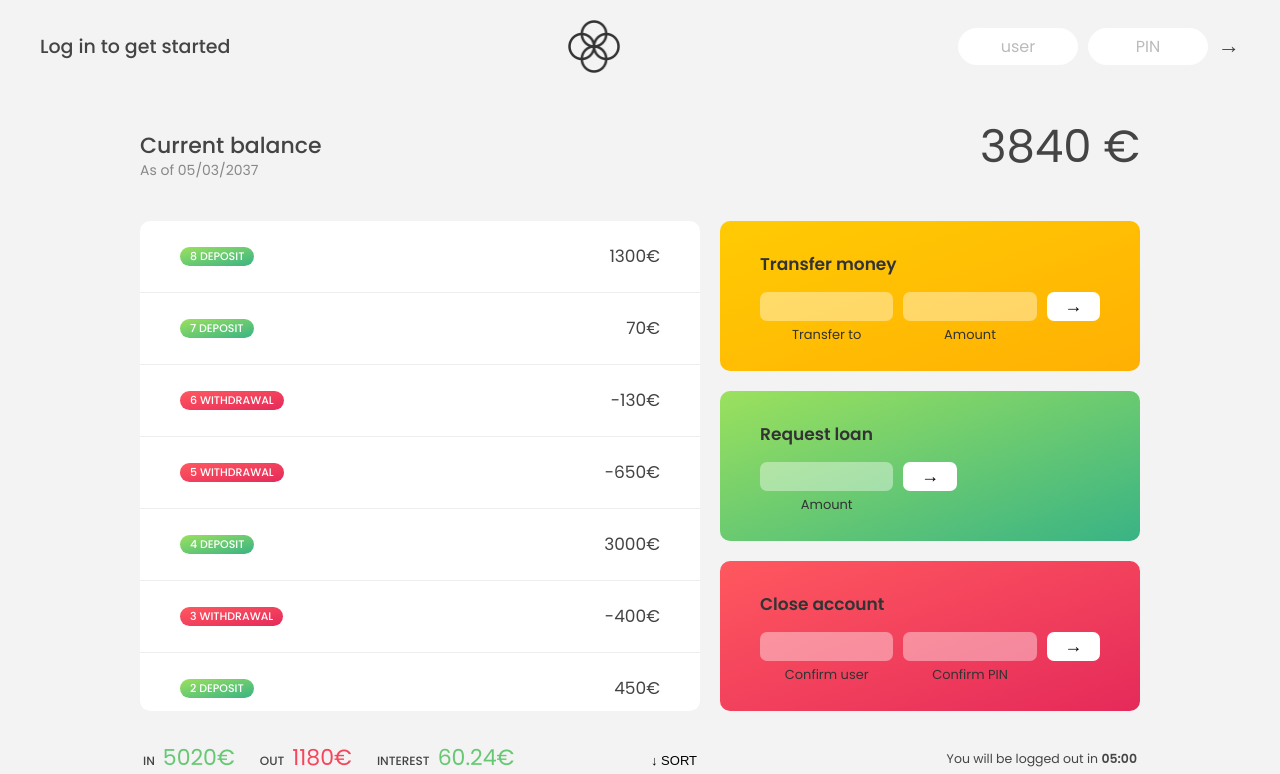
Repository: baodien1405/bankist-project
Page: index.html
An editor plug-in stored every save of this project. The page is shown before and after the next save, followed by the edit.
The browser window is 1280 px wide. The pictures show the whole page.
An inner scrolling area shows only its first screen.

Above is the page before, as saved 2022-01-07 14:25:25.

### index.html
<!DOCTYPE html>
<html lang="en">
  <head>
    <meta charset="UTF-8" />
    <meta name="viewport" content="width=device-width, initial-scale=1.0" />
    <meta http-equiv="X-UA-Compatible" content="ie=edge" />
    <link rel="shortcut icon" type="image/png" href="/icon.png" />

    <link
      href="https://fonts.googleapis.com/css?family=Poppins:400,500,600&display=swap"
      rel="stylesheet"
    />

    <link rel="stylesheet" href="style.css" />
    <title>Bankist</title>
  </head>
  <body>
    <!-- TOP NAVIGATION -->
    <nav>
      <p class="welcome">Log in to get started</p>
      <img src="logo.png" alt="Logo" class="logo" />
      <form class="login">
        <input
          type="text"
          placeholder="user"
          class="login__input login__input--user"
        />
        <!-- In practice, use type="password" -->
        <input
          type="text"
          placeholder="PIN"
          maxlength="4"
          class="login__input login__input--pin"
        />
        <button class="login__btn">&rarr;</button>
      </form>
    </nav>

    <main class="app">
      <!-- BALANCE -->
      <div class="balance">
        <div>
          <p class="balance__label">Current balance</p>
          <p class="balance__date">
            As of <span class="date">05/03/2037</span>
          </p>
        </div>
        <p class="balance__value">0000€</p>
      </div>

      <!-- MOVEMENTS -->
      <div class="movements">
        <div class="movements__row">
          <div class="movements__type movements__type--deposit">2 deposit</div>
          <div class="movements__date">3 days ago</div>
          <div class="movements__value">4 000€</div>
        </div>
        <div class="movements__row">
          <div class="movements__type movements__type--withdrawal">
            1 withdrawal
          </div>
          <div class="movements__date">24/01/2037</div>
          <div class="movements__value">-378€</div>
        </div>
      </div>

      <!-- SUMMARY -->
      <div class="summary">
        <p class="summary__label">In</p>
        <p class="summary__value summary__value--in">0000€</p>
        <p class="summary__label">Out</p>
        <p class="summary__value summary__value--out">0000€</p>
        <p class="summary__label">Interest</p>
        <p class="summary__value summary__value--interest">0000€</p>
        <button class="btn--sort">&downarrow; SORT</button>
      </div>

      <!-- OPERATION: TRANSFERS -->
      <div class="operation operation--transfer">
        <h2>Transfer money</h2>
        <form class="form form--transfer">
          <input type="text" class="form__input form__input--to" />
          <input type="number" class="form__input form__input--amount" />
          <button class="form__btn form__btn--transfer">&rarr;</button>
          <label class="form__label">Transfer to</label>
          <label class="form__label">Amount</label>
        </form>
      </div>

      <!-- OPERATION: LOAN -->
      <div class="operation operation--loan">
        <h2>Request loan</h2>
        <form class="form form--loan">
          <input type="number" class="form__input form__input--loan-amount" />
          <button class="form__btn form__btn--loan">&rarr;</button>
          <label class="form__label form__label--loan">Amount</label>
        </form>
      </div>

      <!-- OPERATION: CLOSE -->
      <div class="operation operation--close">
        <h2>Close account</h2>
        <form class="form form--close">
          <input type="text" class="form__input form__input--user" />
          <input
            type="password"
            maxlength="6"
            class="form__input form__input--pin"
          />
          <button class="form__btn form__btn--close">&rarr;</button>
          <label class="form__label">Confirm user</label>
          <label class="form__label">Confirm PIN</label>
        </form>
      </div>

      <!-- LOGOUT TIMER -->
      <p class="logout-timer">
        You will be logged out in <span class="timer">05:00</span>
      </p>
    </main>

    <!-- <footer>
      &copy; by Jonas Schmedtmann. Don't claim as your own :)
    </footer> -->

    <script src="script.js"></script>
  </body>
</html>

### style.css
/*
 * Use this CSS to learn some intersting techniques,
 * in case you're wondering how I built the UI.
 * Have fun! 😁
 */

* {
  margin: 0;
  padding: 0;
  box-sizing: inherit;
}

html {
  font-size: 62.5%;
  box-sizing: border-box;
}

body {
  font-family: 'Poppins', sans-serif;
  color: #444;
  background-color: #f3f3f3;
  height: 100vh;
  padding: 2rem;
}

nav {
  display: flex;
  justify-content: space-between;
  align-items: center;
  padding: 0 2rem;
}

.welcome {
  font-size: 1.9rem;
  font-weight: 500;
}

.logo {
  height: 5.25rem;
}

.login {
  display: flex;
}

.login__input {
  border: none;
  padding: 0.5rem 2rem;
  font-size: 1.6rem;
  font-family: inherit;
  text-align: center;
  width: 12rem;
  border-radius: 10rem;
  margin-right: 1rem;
  color: inherit;
  border: 1px solid #fff;
  transition: all 0.3s;
}

.login__input:focus {
  outline: none;
  border: 1px solid #ccc;
}

.login__input::placeholder {
  color: #bbb;
}

.login__btn {
  border: none;
  background: none;
  font-size: 2.2rem;
  color: inherit;
  cursor: pointer;
  transition: all 0.3s;
}

.login__btn:hover,
.login__btn:focus,
.btn--sort:hover,
.btn--sort:focus {
  outline: none;
  color: #777;
}

/* MAIN */
.app {
  position: relative;
  max-width: 100rem;
  margin: 4rem auto;
  display: grid;
  grid-template-columns: 4fr 3fr;
  grid-template-rows: auto repeat(3, 15rem) auto;
  gap: 2rem;

  /* NOTE This creates the fade in/out anumation */
  /* opacity: 0; */
  transition: all 1s;
}

.balance {
  grid-column: 1 / span 2;
  display: flex;
  align-items: flex-end;
  justify-content: space-between;
  margin-bottom: 2rem;
}

.balance__label {
  font-size: 2.2rem;
  font-weight: 500;
  margin-bottom: -0.2rem;
}

.balance__date {
  font-size: 1.4rem;
  color: #888;
}

.balance__value {
  font-size: 4.5rem;
  font-weight: 400;
}

/* MOVEMENTS */
.movements {
  grid-row: 2 / span 3;
  background-color: #fff;
  border-radius: 1rem;
  overflow: scroll;
}

.movements__row {
  padding: 2.25rem 4rem;
  display: flex;
  align-items: center;
  border-bottom: 1px solid #eee;
}

.movements__type {
  font-size: 1.1rem;
  text-transform: uppercase;
  font-weight: 500;
  color: #fff;
  padding: 0.1rem 1rem;
  border-radius: 10rem;
  margin-right: 2rem;
}

.movements__date {
  font-size: 1.1rem;
  text-transform: uppercase;
  font-weight: 500;
  color: #666;
}

.movements__type--deposit {
  background-image: linear-gradient(to top left, #39b385, #9be15d);
}

.movements__type--withdrawal {
  background-image: linear-gradient(to top left, #e52a5a, #ff585f);
}

.movements__value {
  font-size: 1.7rem;
  margin-left: auto;
}

/* SUMMARY */
.summary {
  grid-row: 5 / 6;
  display: flex;
  align-items: baseline;
  padding: 0 0.3rem;
  margin-top: 1rem;
}

.summary__label {
  font-size: 1.2rem;
  font-weight: 500;
  text-transform: uppercase;
  margin-right: 0.8rem;
}

.summary__value {
  font-size: 2.2rem;
  margin-right: 2.5rem;
}

.summary__value--in,
.summary__value--interest {
  color: #66c873;
}

.summary__value--out {
  color: #f5465d;
}

.btn--sort {
  margin-left: auto;
  border: none;
  background: none;
  font-size: 1.3rem;
  font-weight: 500;
  cursor: pointer;
}

/* OPERATIONS */
.operation {
  border-radius: 1rem;
  padding: 3rem 4rem;
  color: #333;
}

.operation--transfer {
  background-image: linear-gradient(to top left, #ffb003, #ffcb03);
}

.operation--loan {
  background-image: linear-gradient(to top left, #39b385, #9be15d);
}

.operation--close {
  background-image: linear-gradient(to top left, #e52a5a, #ff585f);
}

h2 {
  margin-bottom: 1.5rem;
  font-size: 1.7rem;
  font-weight: 600;
  color: #333;
}

.form {
  display: grid;
  grid-template-columns: 2.5fr 2.5fr 1fr;
  grid-template-rows: auto auto;
  gap: 0.4rem 1rem;
}

/* Exceptions for interst */
.form.form--loan {
  grid-template-columns: 2.5fr 1fr 2.5fr;
}
.form__label--loan {
  grid-row: 2;
}
/* End exceptions */

.form__input {
  width: 100%;
  border: none;
  background-color: rgba(255, 255, 255, 0.4);
  font-family: inherit;
  font-size: 1.5rem;
  text-align: center;
  color: #333;
  padding: 0.3rem 1rem;
  border-radius: 0.7rem;
  transition: all 0.3s;
}

.form__input:focus {
  outline: none;
  background-color: rgba(255, 255, 255, 0.6);
}

.form__label {
  font-size: 1.3rem;
  text-align: center;
}

.form__btn {
  border: none;
  border-radius: 0.7rem;
  font-size: 1.8rem;
  background-color: #fff;
  cursor: pointer;
  transition: all 0.3s;
}

.form__btn:focus {
  outline: none;
  background-color: rgba(255, 255, 255, 0.8);
}

.logout-timer {
  padding: 0 0.3rem;
  margin-top: 1.9rem;
  text-align: right;
  font-size: 1.25rem;
}

.timer {
  font-weight: 600;
}

### script.js
'use strict';

/////////////////////////////////////////////////
/////////////////////////////////////////////////
// BANKIST APP

// Data
const account1 = {
  owner: 'Jonas Schmedtmann',
  movements: [200, 450, -400, 3000, -650, -130, 70, 1300],
  interestRate: 1.2, // %
  pin: 1111,
};

const account2 = {
  owner: 'Jessica Davis',
  movements: [5000, 3400, -150, -790, -3210, -1000, 8500, -30],
  interestRate: 1.5,
  pin: 2222,
};

const account3 = {
  owner: 'Steven Thomas Williams',
  movements: [200, -200, 340, -300, -20, 50, 400, -460],
  interestRate: 0.7,
  pin: 3333,
};

const account4 = {
  owner: 'Sarah Smith',
  movements: [430, 1000, 700, 50, 90],
  interestRate: 1,
  pin: 4444,
};

const accounts = [account1, account2, account3, account4];

// Elements
const labelWelcome = document.querySelector('.welcome');
const labelDate = document.querySelector('.date');
const labelBalance = document.querySelector('.balance__value');
const labelSumIn = document.querySelector('.summary__value--in');
const labelSumOut = document.querySelector('.summary__value--out');
const labelSumInterest = document.querySelector('.summary__value--interest');
const labelTimer = document.querySelector('.timer');

const containerApp = document.querySelector('.app');
const containerMovements = document.querySelector('.movements');

const btnLogin = document.querySelector('.login__btn');
const btnTransfer = document.querySelector('.form__btn--transfer');
const btnLoan = document.querySelector('.form__btn--loan');
const btnClose = document.querySelector('.form__btn--close');
const btnSort = document.querySelector('.btn--sort');

const inputLoginUsername = document.querySelector('.login__input--user');
const inputLoginPin = document.querySelector('.login__input--pin');
const inputTransferTo = document.querySelector('.form__input--to');
const inputTransferAmount = document.querySelector('.form__input--amount');
const inputLoanAmount = document.querySelector('.form__input--loan-amount');
const inputCloseUsername = document.querySelector('.form__input--user');
const inputClosePin = document.querySelector('.form__input--pin');

const displayMovements = function (movements) {
  containerMovements.textContent = '';

  movements.forEach((mov, i) => {
    const type = mov > 0 ? 'deposit' : 'withdrawal';

    const html = `
      <div class="movements__row">
        <div class="movements__type movements__type--${type}">${
      i + 1
    } ${type}</div>
        <div class="movements__value">${mov}€</div>
      </div>`;

    containerMovements.insertAdjacentHTML('afterbegin', html);
  });
};
displayMovements(account1.movements);

const calcDisplayBalance = movements => {
  const balance = movements.reduce((acc, mov) => acc + mov, 0);
  labelBalance.textContent = `${balance} €`;
};
calcDisplayBalance(account1.movements);

const calcDisplaySummary = movements => {
  const incomes = movements
    .filter(move => move > 0)
    .reduce((acc, mov) => acc + mov, 0);

  labelSumIn.textContent = `${incomes}€`;

  const outcomes = movements
    .filter(move => move < 0)
    .reduce((acc, mov) => acc + mov, 0);

  labelSumOut.textContent = `${Math.abs(outcomes)}€`;

  const interest = movements
    .filter(move => move > 0)
    .map(mov => (mov * 1.2) / 100)
    .reduce((acc, mov) => acc + mov, 0);

  labelSumInterest.textContent = `${interest}€`;
};

calcDisplaySummary(account1.movements);

const createUsernames = function (accs) {
  accs.forEach(acc => {
    acc.username = acc.owner
      .toLowerCase()
      .split(' ')
      .map(name => name[0])
      .join('');
  });
};

createUsernames(accounts);

/////////////////////////////////////////////////
/////////////////////////////////////////////////
// LECTURES

const currencies = new Map([
  ['USD', 'United States dollar'],
  ['EUR', 'Euro'],
  ['GBP', 'Pound sterling'],
]);

const movements = [200, 450, -400, 3000, -650, -130, 70, 1300];

/////////////////////////////////////////////////

After the next save:
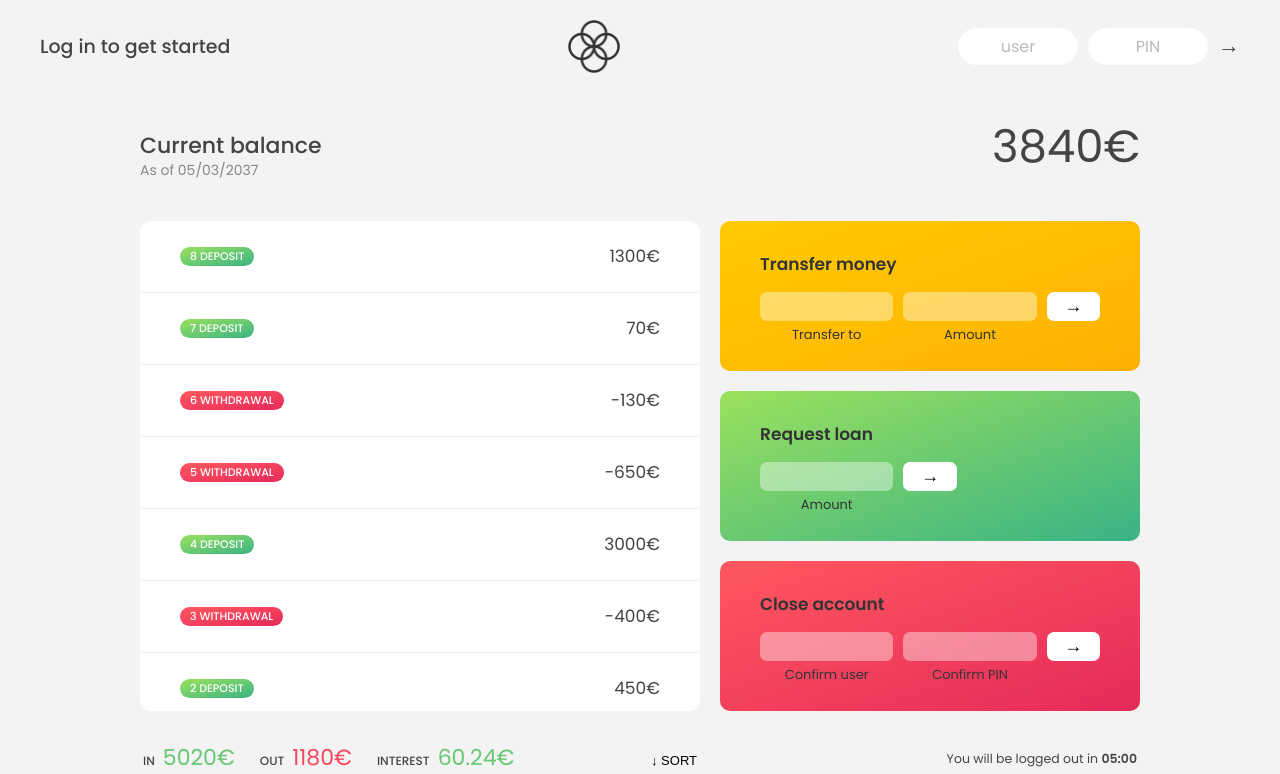
Saved 5 s later.
--- a/script.js
+++ b/script.js
@@ -82,7 +82,7 @@ displayMovements(account1.movements);
 
 const calcDisplayBalance = movements => {
   const balance = movements.reduce((acc, mov) => acc + mov, 0);
-  labelBalance.textContent = `${balance} €`;
+  labelBalance.textContent = `${balance}€`;
 };
 calcDisplayBalance(account1.movements);
 
